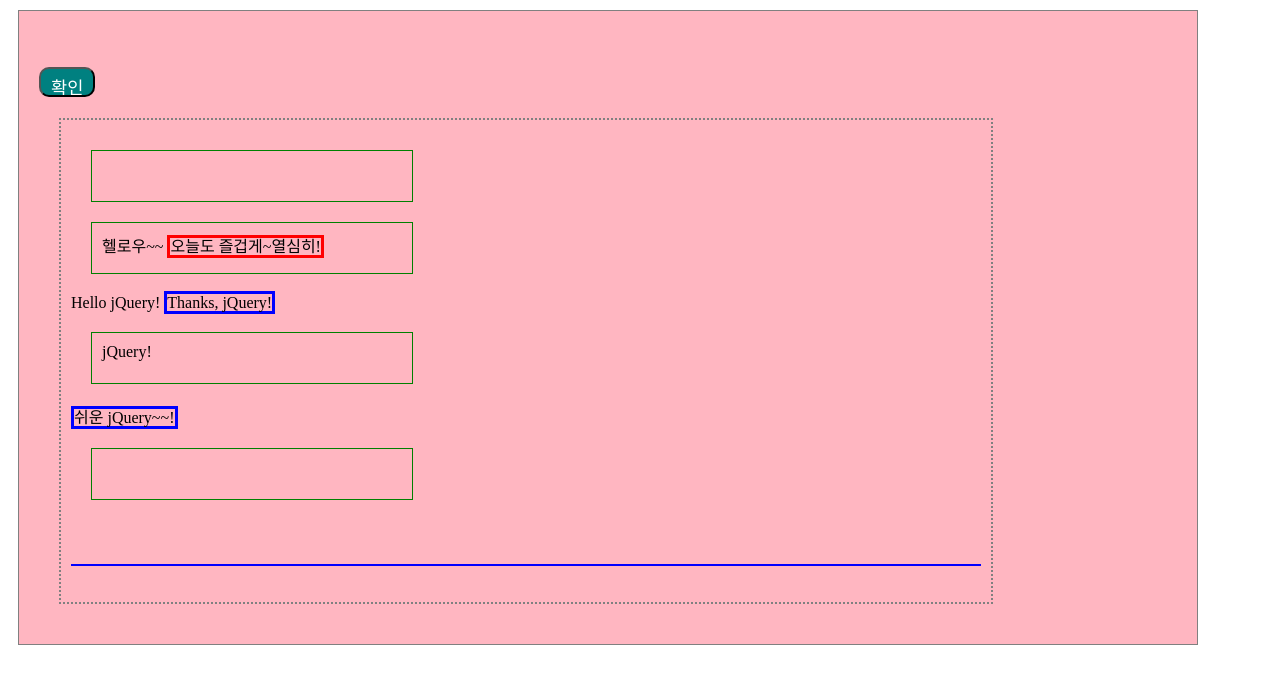
Repository: jeje0130/html
Page: jqpro/WebContent/0125/내용필터.html
An editor plug-in stored every save of this project. The page is shown before and after the next save, followed by the edit.
The browser window is 1280 px wide. The pictures show the whole page.
After loading, the first visible `input` was clicked once.

Above is the page before, as saved 2021-01-26 02:23:32.

### jqpro/WebContent/0125/내용필터.html
<!DOCTYPE html>
<html>
<head>
<meta charset="UTF-8">
<title>Insert title here</title>
<link rel = "stylesheet" href = "../css/public.css">
<script src="../js/jquery-3.5.1.min.js"></script>
<script>

$(function () {

	$('.box1 > input[type=button]').on('click', function () {
			//jQuery가 포함된 span태그 의 테두리 파랑 :
			$('#result1 span:contains("jQuery")').css('border', '3px solid blue');

			//jQuery가 포함되지 않은 span 태그 의 테두리 빨강  :
			$('#result1 span:not(:contains("jQuery"))').css('border', '3px solid red');

			//span을 갖는 div요소 태그 의 테두리   그린

			//아무것도 없는 빈 div 태그 의 테두리

			//div 후손 span 태그 의 글자색  빨강, 크기,굵게


	})

})

</script>
<style>
#result1 div{
	width:300px;
	height:30px;
    border:1px solid green;
}

</style>
</head>
<body>

<div class="box box1">

 <br><br>

<input type="button" value="확인" >

<div id="result1">

	<div></div>

	<div>헬로우~~
    	<span>오늘도  즐겁게~열심히!</span>
	</div>

	<p>Hello jQuery! <span>Thanks, jQuery!</span></p>

	<div class="myClass">jQuery!</div>
		<span class="notMyClass">쉬운 jQuery~~!</span>
	<div></div>

	<br><br><hr color="blue"><br>


</div>
</div>
</body>
</html>

### jqpro/WebContent/css/public.css
@charset "utf-8";

pre {
	background-color : #FFE3EE;
	font-size : 1.2em;
	white-space: pre-wrap; /* 우측 여백 고정, 넘치는 글자 줄바꿈 */

	/*
	pre : 공백은 그대로, 줄바꿈 X
	pre-wrap : 공백은 그대로, 줄바꿈 O
	pre-line : 공백을 여러개줘도 하나만 표시, 줄바꿈 O
	nowrap : 공백을 여러개줘도 하나만 표시, 줄바꿈 X
	 */
}

div.box{
	width : 90%;
	height: auto;
	margin: 10px;
	padding: 20px;
	border: 1px solid gray;
	background: #FFB6C1;
}

.box input[type = button]{
	width: auto;
	height: 30px;
	background: #008080;
	color : white;
	padding: 5px 10px;
	border-radius : 10px;
	font-size: 1.1em;
}

.box div{
	width : 80%;
	height: auto;
	padding: 10px;
	border: 2px dotted gray;
	margin: 20px;
}

Loaded but not shown: jqpro/WebContent/js/jquery-3.5.1.min.js (library)

After the next save:
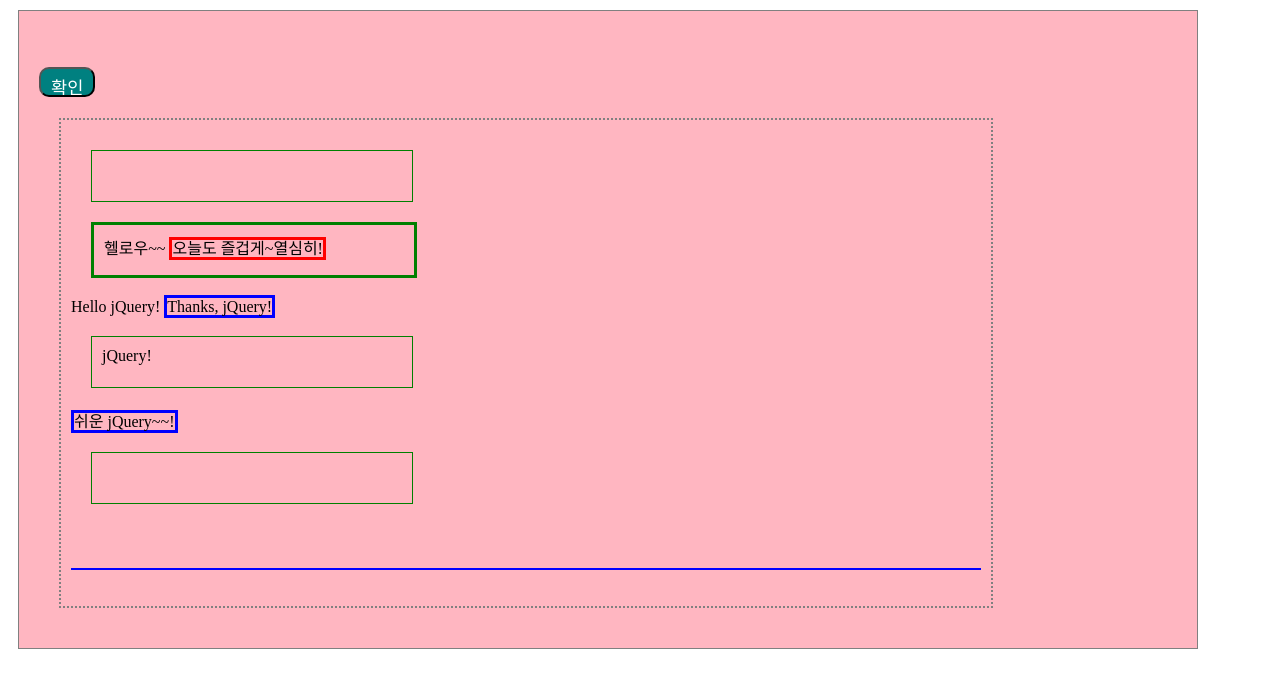
Saved 97 s later.
--- a/jqpro/WebContent/0125/내용필터.html
+++ b/jqpro/WebContent/0125/내용필터.html
@@ -17,6 +17,7 @@ $(function () {
 			$('#result1 span:not(:contains("jQuery"))').css('border', '3px solid red');
 
 			//span을 갖는 div요소 태그 의 테두리   그린
+			$('#result1 div:has(span)').css('border', '3px solid green');
 
 			//아무것도 없는 빈 div 태그 의 테두리
 
